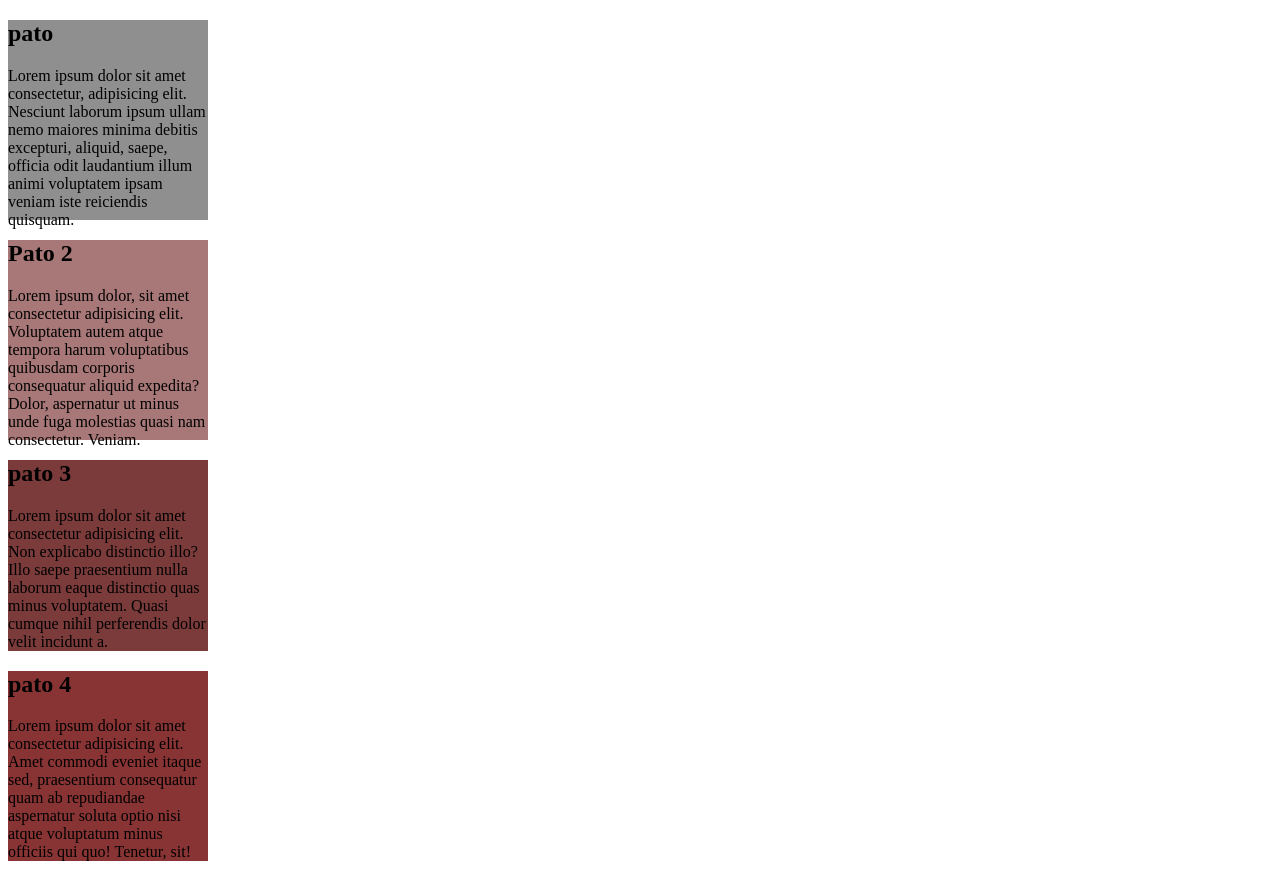
Repository: viviij/Fun-es-Simples-JavaScript
Page: index.html
These files come from the project's save history. The page is drawn as it stood at one moment and after the next save; the edit follows.
The browser window is 1280 px wide. The pictures show the whole page.

Above is the page before, as saved 2022-08-25 20:47:40.

### index.html
<!DOCTYPE html>
<html lang="ptBR">
  <head>
    <meta charset="UTF-8">
    <meta http-equiv="X-UA-Compatible" content="IE=edge">
    <meta name="viewport" content="width=device-width, initial-scale=1.0">
    <link rel="stylesheet" href="styles.css">
    <title>Prova C3C</title>
  </head>
  <body>
    <div class="container">
      <section class="questao_1">
        <h1>pato</h1>
        <p>Lorem ipsum dolor sit amet consectetur, adipisicing elit. Nesciunt laborum ipsum ullam nemo maiores minima debitis excepturi, aliquid, saepe, officia odit laudantium illum animi voluptatem ipsam veniam iste reiciendis quisquam.</p>
      </section>

      <section class="questao_2">
        <h1>Pato 2</h1>
        <p>Lorem ipsum dolor, sit amet consectetur adipisicing elit. Voluptatem autem atque tempora harum voluptatibus quibusdam corporis consequatur aliquid expedita? Dolor, aspernatur ut minus unde fuga molestias quasi nam consectetur. Veniam.</p>
      </section>

      <section class="questao_3">
        <h1>pato 3</h1>
        <p>Lorem ipsum dolor sit amet consectetur adipisicing elit. Non explicabo distinctio illo? Illo saepe praesentium nulla laborum eaque distinctio quas minus voluptatem. Quasi cumque nihil perferendis dolor velit incidunt a.</p>
      </section>

      <section class="questao_4">
        <h1>pato 4</h1>
        <p>Lorem ipsum dolor sit amet consectetur adipisicing elit. Amet commodi eveniet itaque sed, praesentium consequatur quam ab repudiandae aspernatur soluta optio nisi atque voluptatum minus officiis qui quo! Tenetur, sit!</p>
      </section>
    </div>
    <script src="Prova_Segunda_Etapa_C3C.js"></script>
  </body>
</html>

### styles.css
.container {
  margin: 0;
  padding: 0;
  box-sizing: border-box;
}

.container section {
  max-height: 200px;
  max-width: 200px;
}

.container .questao_1 {
  background: #8f8f8f;
}

.container .questao_2 {
  background: #a87777
}

.container .questao_3 {
  background: #7c3b3b
}

.container .questao_4 {
  background: #893434
}

Loaded but not shown: Prova_Segunda_Etapa_C3C.js (no stored copy; drawn as an empty file)

After the next save:
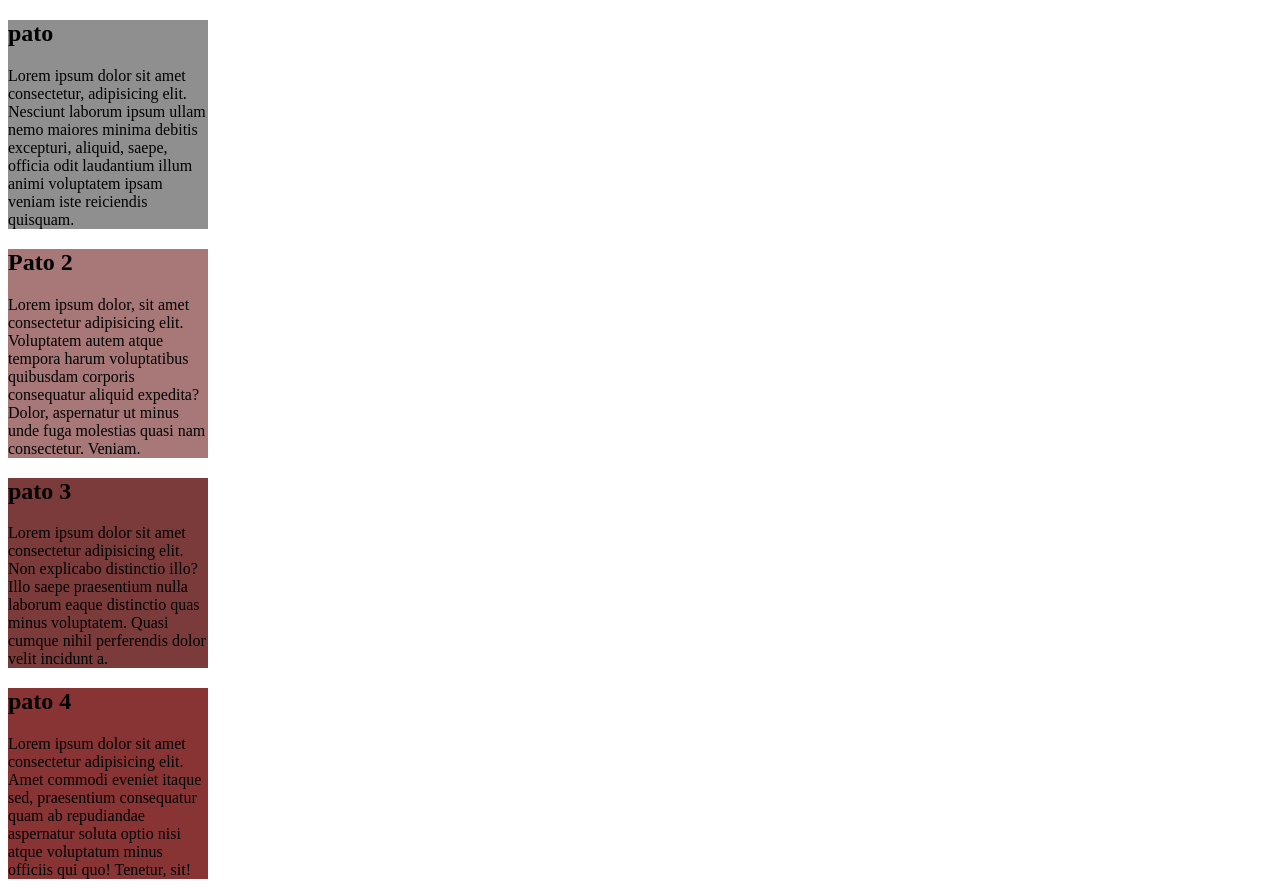
Saved 22 s later.
--- a/styles.css
+++ b/styles.css
@@ -5,7 +5,7 @@
 }
 
 .container section {
-  max-height: 200px;
+  max-height: auto;
   max-width: 200px;
 }
 
